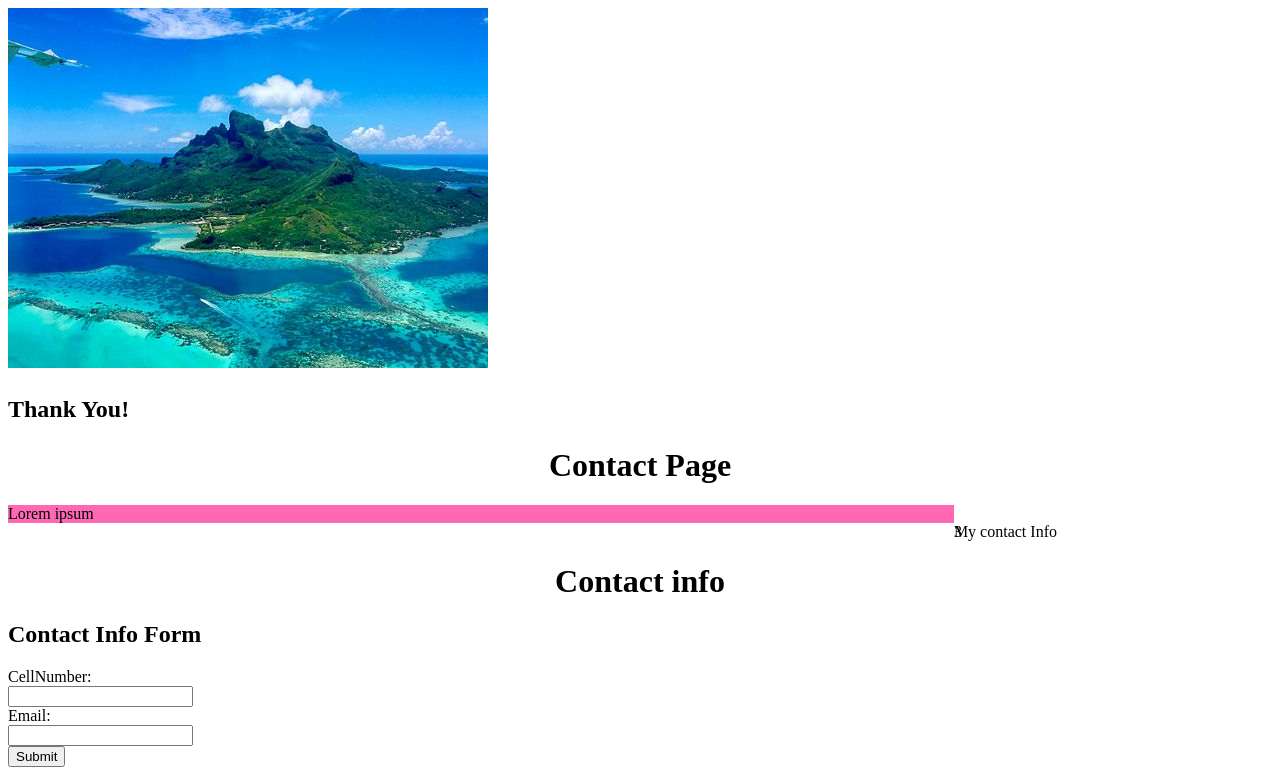
Repository: Melinda-Nanjad-Personal-Website/Personal-web
Page: contact.html
The author's editor kept a copy of each file at every save. The page is drawn from the files as they stood at one save, then again after the next save.
The browser window is 1280 px wide. The pictures show the whole page.

Above is the page before, as saved 2023-07-28 20:15:33.

### contact.html
<!DOCTYPE html>
<html lang="en">
<head>
    <meta charset="UTF-8">
    <meta name="viewport" content="width=device-width, initial-scale=1.0">
    <link rel="stylesheet" type="text/css" href="cf.css">
    <!--My contact page css -->
    <title>Contact Page</title>
</head>
<main class="Contact info"
<article class="My contact Info grid-col-span-2 flow bg-primary-400 quote text-neutral-100">
<div class="flex">
</div>
<img src="island.jpeg" alt="island">
</div>
<div>
    <h2 class="Thank You"</h2>
        <p class="position">Thank You!</p>
</div>

</article>

<body>

    <h1><center/>Contact Page</h1>

    <div class="container">
        <div class="item item-1"> Lorem ipsum</div>
             <div class="item item-2"> My contact Info</div>
                <div class="item item-3"> 3</div>
    </div>

    <h1><center/>Contact info</h1>

    <article>
        <h2>Contact Info Form</h2>
        <form>
            <label for="cellNumber">CellNumber:</label><br/>
        <input type="number" id="cellNumber" name="cellNumber"/><br/>

<label for="email"> Email:</label><br/>
<input type="email" id="email" name="email"/><br/>

<input type="submit" value="Submit"

            </form>
    </article>

</body>

</html>

### cf.css
.border-primary-400{
    border: 2px solid #a775f1;
}

.container {
    display: grid;
   grid gap: 1.5rem;
    grid-template-columns: auto auto auto;
}

.item-1 {
    grid-row- span4;
    grid-column: 1/5;
    background-color: hotpink;
    padding: 5px
    grid-area: main;
}

.item-2 {
    grid-row: span 3;
    grid column:  2/5;
    grid-area:left
}

.item-3 {
    grid-row: span
    grid column 1/5;
    grid-area :right
}

//test for columns
.grid-container {
  display: grid;
  column-gap: 50px;
  grid-template-columns: 1fr 1fr 1fr;
  padding: 50px;
}

.grid-item{
  background-color: rgba(97, 148, 160, 0.8);
  border: 1px solid rgba(0, 0, 0, 0.8);
  padding: 20px;
  font-size: 14px;
  text-align: center;

After the next save:
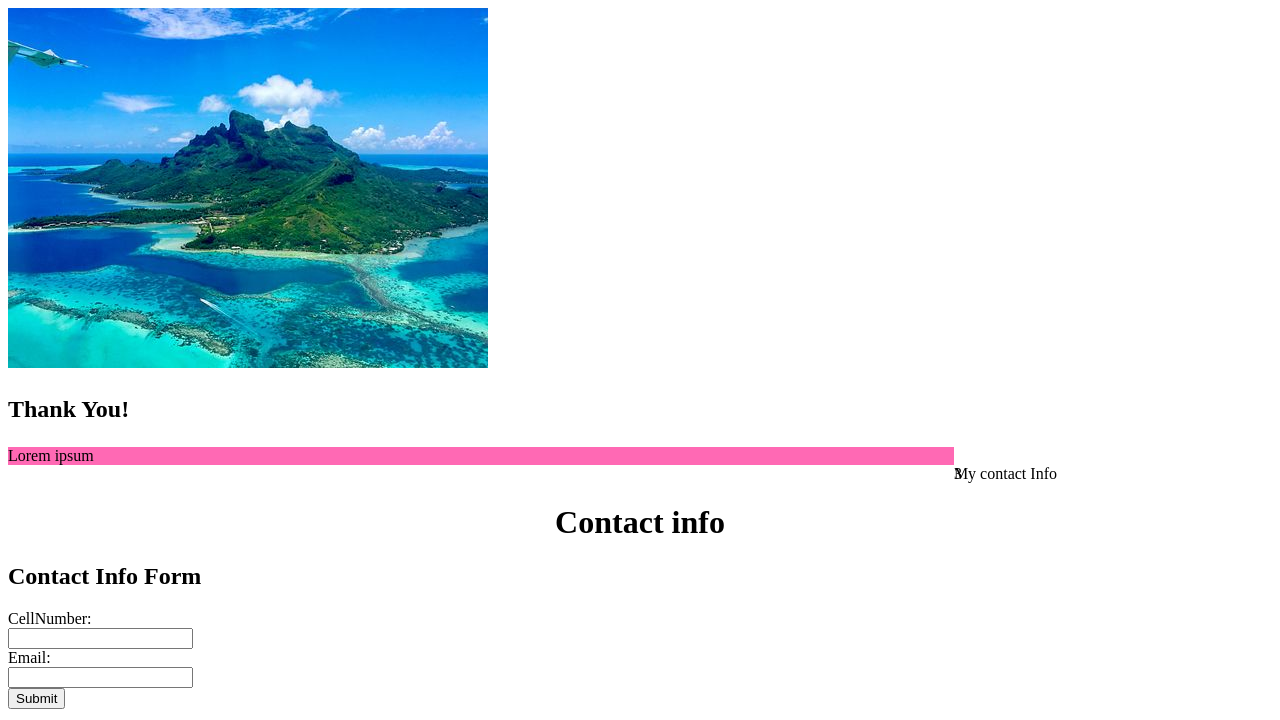
Saved 18 s later.
--- a/contact.html
+++ b/contact.html
@@ -22,7 +22,6 @@
 
 <body>
 
-    <h1><center/>Contact Page</h1>
 
     <div class="container">
         <div class="item item-1"> Lorem ipsum</div>
